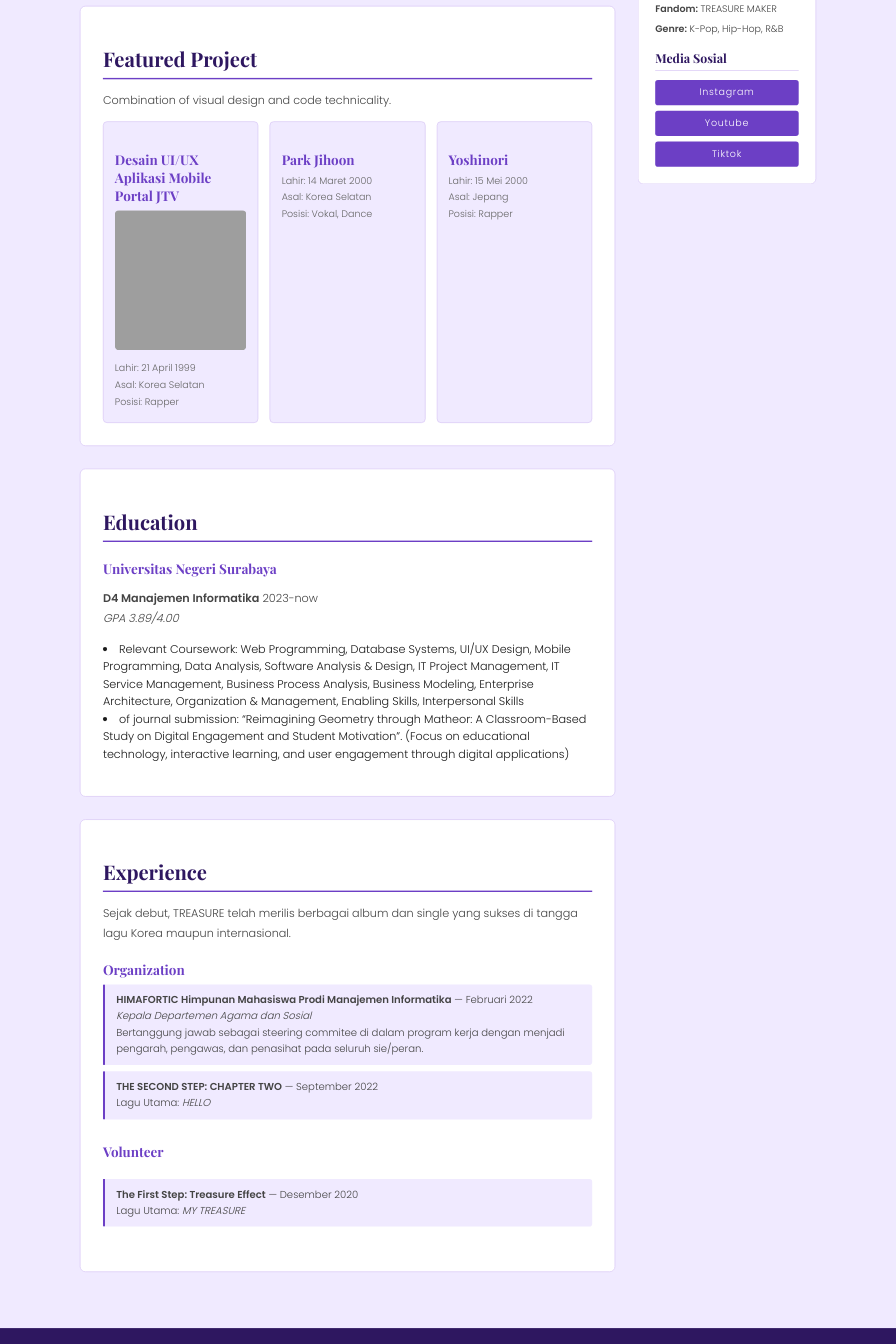
Repository: VergiMutiaRahmasyani/Website-Portofolio
Page: index.html
An editor plug-in stored every save of this project. The page is shown before and after a run of saves, followed by the edit.
The browser window is 1280 px wide. The pictures show the part of the page from y = 876 to 2796 px (the page is 2869 px tall before and 2843 px after), at 70% of full size.
Pictures or frames that could not be fetched are drawn as grey boxes.

Above is the page before, as saved 2026-03-07 12:14:14.

After the next 2 saves:
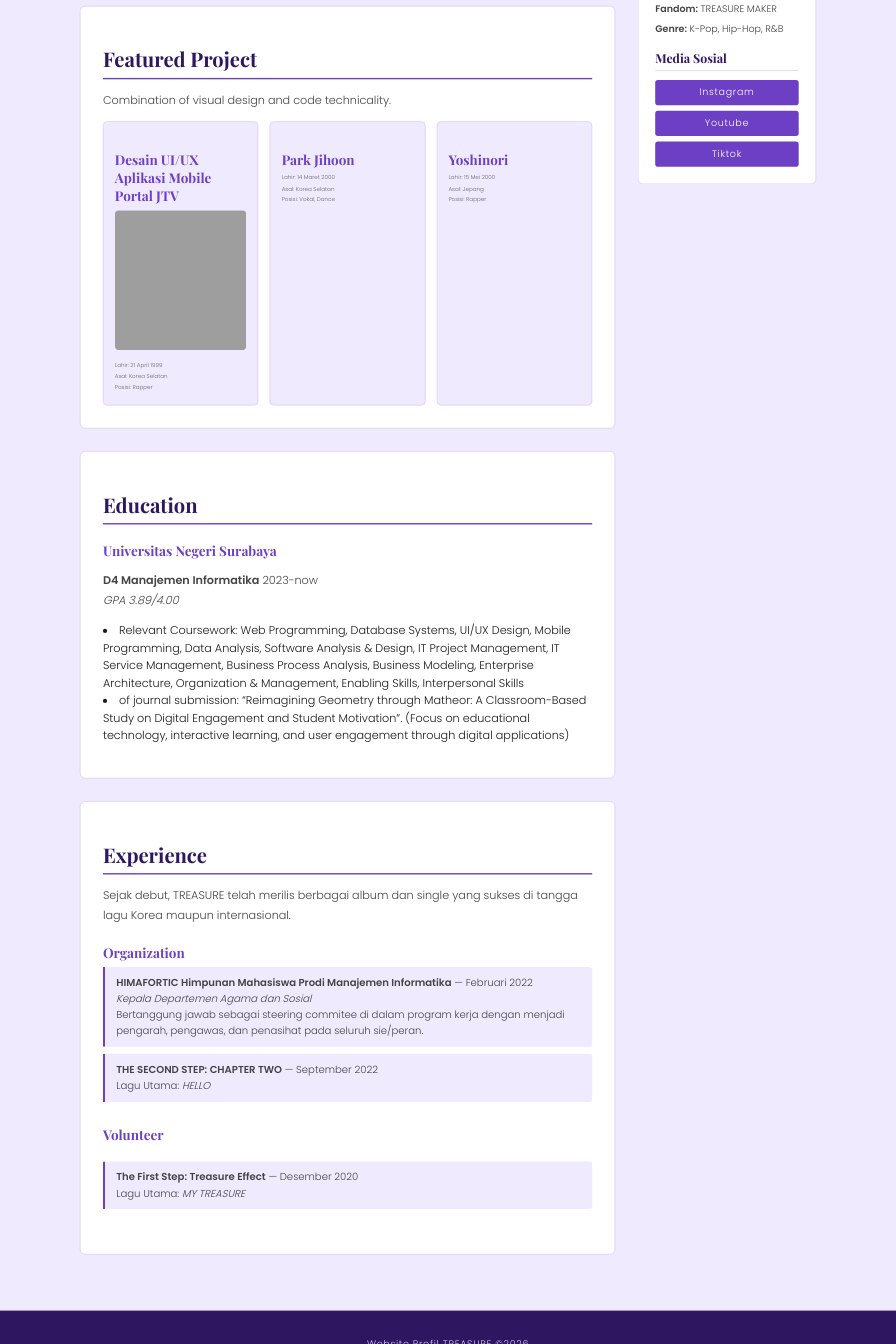
The 2 saves are shown as one change because they came seconds apart.
The last was saved 44 s later.
--- a/css/style.css
+++ b/css/style.css
@@ -220,7 +220,7 @@
 }
 
 .project-card p {
-    font-size: 0.85rem;
+    font-size: 0.5rem;
     color: #666;
     margin: 0.2rem 0;
     line-height: 1.5;

After the save that followed:
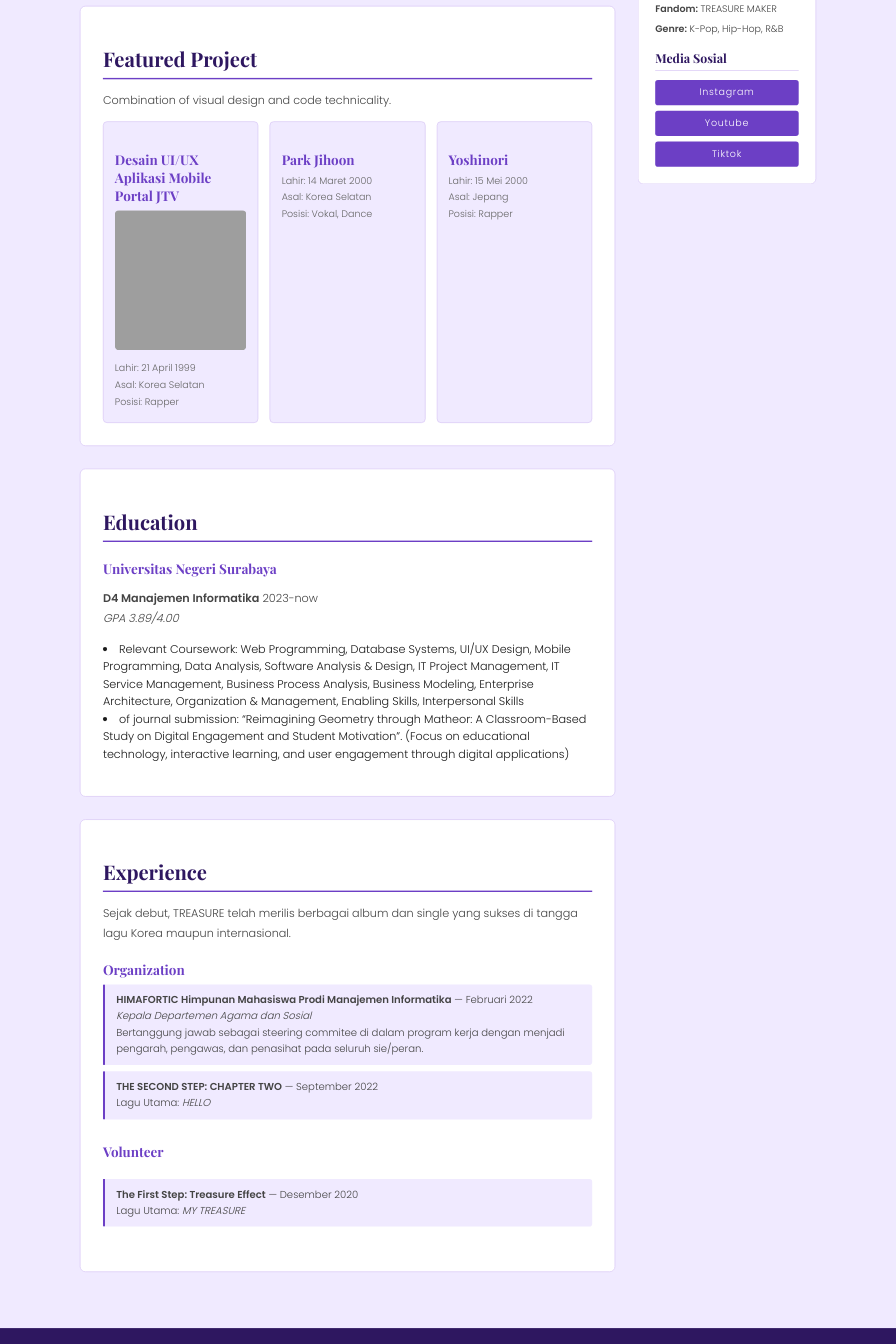
Saved 19 s later.
--- a/css/style.css
+++ b/css/style.css
@@ -220,7 +220,7 @@
 }
 
 .project-card p {
-    font-size: 0.5rem;
+    font-size: 0.85rem;
     color: #666;
     margin: 0.2rem 0;
     line-height: 1.5;
